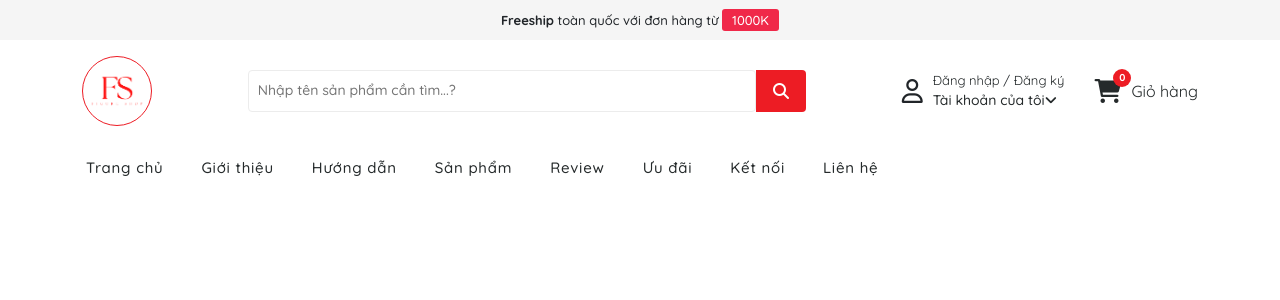
Repository: hayashi13597/ES6_ASM
Page: ASM1/index.html
An editor plug-in stored every save of this project. The page is shown before and after the next save, followed by the edit.
The browser window is 1280 px wide. The pictures show the whole page.
The style sheet was rebuilt from its Sass, Less or Tailwind sources for each picture, by a compiler version that may differ from the author's.

Above is the page before, as saved 2023-01-11 16:02:40.

### ASM1/index.html
<!DOCTYPE html>
<html lang="en">
  <head>
    <meta charset="UTF-8" />
    <meta http-equiv="X-UA-Compatible" content="IE=edge" />
    <meta name="viewport" content="width=device-width, initial-scale=1.0" />
    <title>Figure Shop</title>
    <!-- Link Boostrap -->
    <link
      rel="stylesheet"
      href="https://cdn.jsdelivr.net/npm/bootstrap@5.3.0-alpha1/dist/css/bootstrap.min.css"
    />
    <script src="https://cdn.jsdelivr.net/npm/bootstrap@5.3.0-alpha1/dist/js/bootstrap.min.js"></script>
    <!-- Link css -->
    <link rel="stylesheet" href="css/index.css" />
    <!-- Link Icon -->
    <link
      rel="stylesheet"
      href="https://cdnjs.cloudflare.com/ajax/libs/font-awesome/6.2.1/css/all.min.css"
      integrity="sha512-MV7K8+y+gLIBoVD59lQIYicR65iaqukzvf/nwasF0nqhPay5w/9lJmVM2hMDcnK1OnMGCdVK+iQrJ7lzPJQd1w=="
      crossorigin="anonymous"
      referrerpolicy="no-referrer"
    />
    <!-- Link Font -->
    <link rel="preconnect" href="https://fonts.googleapis.com" />
    <link rel="preconnect" href="https://fonts.gstatic.com" crossorigin />
    <link
      href="https://fonts.googleapis.com/css2?family=Quicksand:wght@400;500;600;700&display=swap"
      rel="stylesheet"
    />
  </head>
  <body>
    <header class="header">
      <div class="header-topbar">
        <p class="text-center">
          <strong>Freeship</strong> toàn quốc với đơn hàng từ
          <span class="topbar-number">1000K</span>
        </p>
      </div>
      <div class="container header-middle">
        <a href="index.html" class="header-middle--logo"
          ><img src="img/jewelry.png" alt=""
        /></a>
        <div class="header-middle--search">
          <input type="text" placeholder="Nhập tên sản phẩm cần tìm...?" />
          <button><i class="fa-solid fa-magnifying-glass"></i></button>
        </div>
        <div class="header-middle--right">
          <div class="user">
            <div class="user-icon">
              <i class="fa-regular fa-user"></i>
            </div>
            <div class="user-text">
              <div class="user-text--up">
                <a>Đăng nhập</a> /
                <a>Đăng ký</a>
              </div>
              <div class="user-text--down">
                <a>Tài khoản của tôi<i class="fa-solid fa-angle-down"></i></a>
              </div>
            </div>
          </div>
          <a class="header-cart" href="">
            <i class="fa-solid fa-cart-shopping"
              ><span class="header-cart--number">0</span></i
            >
            <p class="header-cart--p">Giỏ hàng</p>
          </a>
        </div>
      </div>
      <nav class="container header-nav">
        <ul>
          <li><a href="#">Trang chủ</a></li>
          <li><a href="#">Giới thiệu</a></li>
          <li><a href="#">Hướng dẫn</a></li>
          <li><a href="#">Sản phẩm</a></li>
          <li><a href="#">Review</a></li>
          <li><a href="#">Ưu đãi</a></li>
          <li><a href="#">Kết nối</a></li>
          <li><a href="#">Liên hệ</a></li>
        </ul>
      </nav>
    </header>
  </body>
</html>

### ASM1/sass/index.scss
:root {
  --bg-topbar: #f5f5f5;
  --shop-color-main: #ed1c24;
  --shop-color-text: #252a2b;
  --shop-color-title: #000000;
  --shop-color-hover: #ed1c24;
  --shop-color-button: #000000;
  --shop-color-border: #e7e7e7;
  --footer-color-title: #ffffff;
  --footer-color-text: #999999;
  --footer-color-bg: #1a1a1a;
}

* {
  padding: 0;
  margin: 0;
  box-sizing: border-box;
  font-family: "Quicksand", sans-serif;
}

// Header
.header {
  width: 100%;
  // header-topbar
  &-topbar {
    height: 40px;
    line-height: 40px;
    background-color: var(--bg-topbar);
    p {
      font-size: 13px;
      font-weight: 500;
      .topbar-number {
        font-weight: 500;
        padding: 3px 10px;
        border-radius: 3px;
        background-color: #f02849;
        color: #ffffff;
      }
    }
  }
  // Header-middle
  &-middle {
    width: 100%;
    padding-block: 16px;
    display: flex;
    align-items: center;
    justify-content: space-between;
    &--logo {
      width: 70px;
      padding: 5px;
      border-radius: 50%;
      border: 1px solid var(--shop-color-main);
      img {
        width: 100%;
        height: 100%;
        object-fit: cover;
      }
    }
    &--search {
      width: 50%;
      display: flex;
      input {
        padding: 9px 50px 10px 9px;
        width: 100%;
        background-color: #ffffff;
        border: 1px solid #ececec;
        border-radius: 4px;
        font-size: 14px;
        font-weight: 500;
        transition: all 0.15s linear;
        &:focus {
          background: #ffffff;
          outline: none;
          border-color: var(--shop-color-main);
        }
      }
      button {
        border: none;
        border-radius: 0 4px 4px 0;
        width: 55px;
        color: #ffffff;
        background-color: var(--shop-color-main);
      }
    }
    &--right {
      display: flex;
      gap: 30px;
      .user {
        display: flex;
        align-items: center;
        gap: 10px;
        cursor: pointer;
        &-icon {
          font-size: 1.5rem;
        }
        &-text {
          a {
            text-decoration: none;
            color: var(--shop-color-text);
          }
          &--up {
            font-size: 13px;
          }
          &--down {
            font-size: 14px;
            font-weight: 500;
          }
        }
      }
      .header-cart {
        display: flex;
        align-items: center;
        gap: 10px;
        text-decoration: none;
        color: var(--shop-color-text);
        i {
          font-size: 1.5rem;
          position: relative;
        }
        &--p {
          margin-bottom: 0;
        }
        &--number {
          width: 18px;
          height: 18px;
          display: flex;
          justify-content: center;
          align-items: center;
          position: absolute;
          top: -10px;
          right: -10px;
          font-size: 10px;
          color: #ffffff;
          background: var(--shop-color-main);
          border-radius: 50%;
        }
      }
    }
  }
  // Header-nav
  &-nav {
    ul {
      list-style: none;
      display: flex;
      align-items: center;
      padding-left: 0;
      gap: 30px;
      li {
        a {
          text-decoration: none;
          color: var(--shop-color-text);
          font-size: 15px;
          padding: 15px 4px;
          letter-spacing: 0.75px;
          font-weight: 500;
          position: relative;
          display: flex;
          justify-content: center;
          &:before {
            content: "";
            position: absolute;
            bottom: 0;
            transform: scaleX(0);
            transform-origin: right;
            width: 100%;
            height: 2px;
            background: var(--shop-color-text);
            transition: transform 0.5s ease;
          }
          &:hover {
            &::before {
              transform: scaleX(1);
              transform-origin: left;
            }
          }
        }
      }
    }
  }
}

After the next save:
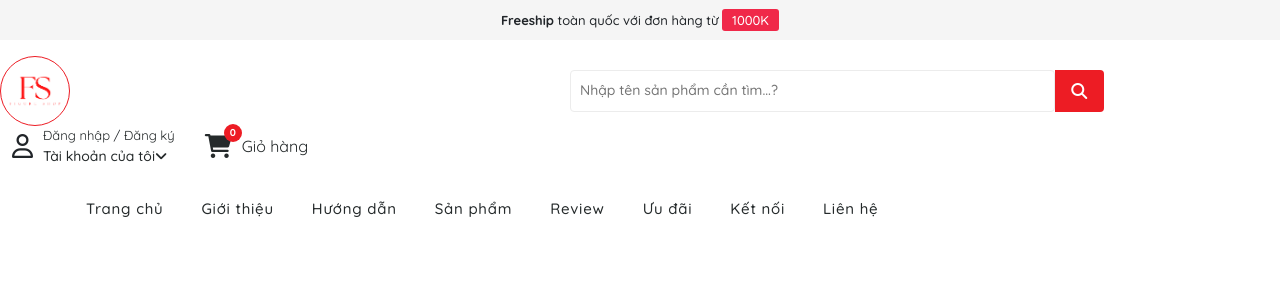
Saved 5 min 50 s later.
--- a/ASM1/index.html
+++ b/ASM1/index.html
@@ -37,7 +37,7 @@
           <span class="topbar-number">1000K</span>
         </p>
       </div>
-      <div class="container header-middle">
+      <div class="container row header-middle">
         <a href="index.html" class="header-middle--logo"
           ><img src="img/jewelry.png" alt=""
         /></a>
